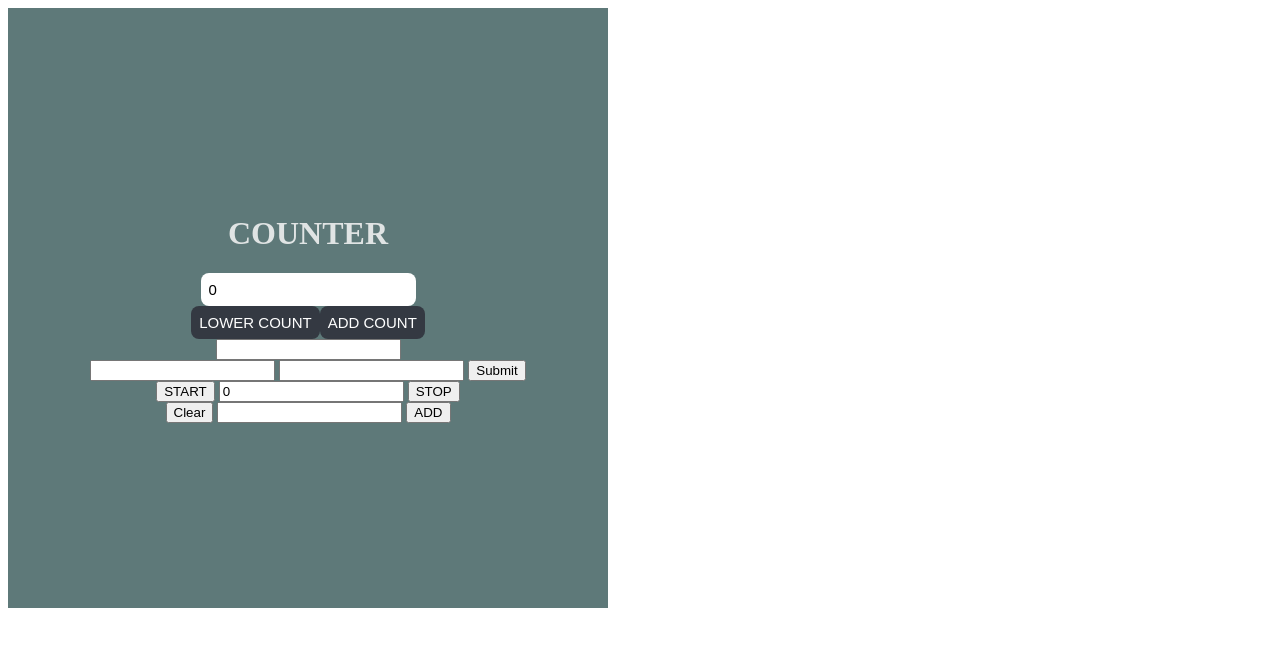
Repository: sedashahnazaryan/Caunter
Page: index.html
These files come from the project's save history. The page is drawn as it stood at one moment and after the next save; the edit follows.
The browser window is 1280 px wide. The pictures show the whole page.

Above is the page before, as saved 2022-02-15 01:29:56.

### index.html
<!DOCTYPE html>
<html lang="en">
<head>
    <meta charset="UTF-8">
    <meta http-equiv="X-UA-Compatible" content="IE=edge">
    <meta name="viewport" content="width=device-width, initial-scale=1.0">
    <title>Caunter</title>
    <link rel="stylesheet" href="./index.css">
</head>

<body>
    <div class="container">

        <h1 class="counter">COUNTER</h1>
    <input class="item1"id="input" type="text" value="0">
    <div class="btn-item">
        <button id="lower" onclick="">LOWER COUNT </button>
        <button id ="add">ADD COUNT</button>
    </div>

    <input id ="result" type="text">
    <div class="add-item">
        <input id="num1" type="text">
        <input id="num2" type="text">
        <button id="submit">Submit</button>
    </div>

    <div class="item1">
        <button id ="start">START</button>
         <input id ="interval"value=0 type="text">
          <button id ="stop">STOP</button>
    </div>
    <div class="item2">
        <button id ="adding">Clear</button>
        <input id="result-fibo" type="text">
        <button id="add-fibo">ADD</button>
    </div>
</div>

   <script src="./index.js"></script>
</body>
</html>

### index.css




.container{
  display: flex;
  height: 600px;
  width: 600px;
  justify-content: center;
  align-items: center;
  background-color: rgb(94, 121, 121);
  flex-direction: column;
}

.counter{
color: rgba(243, 243, 243, 0.87);

}



.btn-item{
    display: flex;
    justify-content: center;
}
#add,#lower {
    background-color: #343942;
    color: white;
    padding: 8px;
    border-radius: 8px;
    border: none;
    font-size: 15px;

    cursor: pointer;

}
/* #lower {
    background-color: #498AFB;
    color: white;
    padding: 8px;
    border-radius: 8px;
    border: none;
    font-size: 15px;
    cursor: pointer; */

           #input{
        background-color: #34394;
        /* color: white; */
        padding: 8px;
        border-radius: 8px;
        border: none;
        font-size: 15px;

        cursor: pointer;
    }

### index.js
let counterDisplayElem = document.getElementById('input');
let counterMinusElem = document.getElementById('lower');
let counterPlusElem = document.getElementById('add');
let result=document.getElementById('result');
let num1 =document.getElementById('num1');
let num2 =document.getElementById('num2');
let submit=document.getElementById('submit');
let number = 0;



counterPlusElem.addEventListener("click",()=>{
    counterDisplayElem.value++;
}) ;

counterMinusElem.addEventListener("click",()=>{
    counterDisplayElem.value--;
});

function curry(a){
    return function(b){
       return a+b;
    }

};
submit.addEventListener('click',()=>{
result.value=curry(+num1.value)(+num2.value);

});
function fibonacci(num){
    if(num<=1){
        return num;

    }
      return fibonacci(num-1)+fibonacci(num-2);
    //   0,1,1,2,3,5,8,13,21-8րդ թիվն է
}
document.getElementById("add-fibo").addEventListener('click',()=>{
    document.getElementById('result-fibo').value+=fibonacci(number);
    number++;


    })

    document.getElementById("adding").addEventListener("click", ()=>{
        document.getElementById("result-fibo").value = "";
        number=0;
      });

      let interval;
      function starting(){
      interval=setInterval(() => {
          document.getElementById('interval').value++;

      }, 500)};

      function off(){
        clearInterval(interval);
        document.getElementById('interval').value="";

      }
      document.getElementById('start').addEventListener('click',starting)


      document.getElementById('stop').addEventListener('click',off);

After the next save:
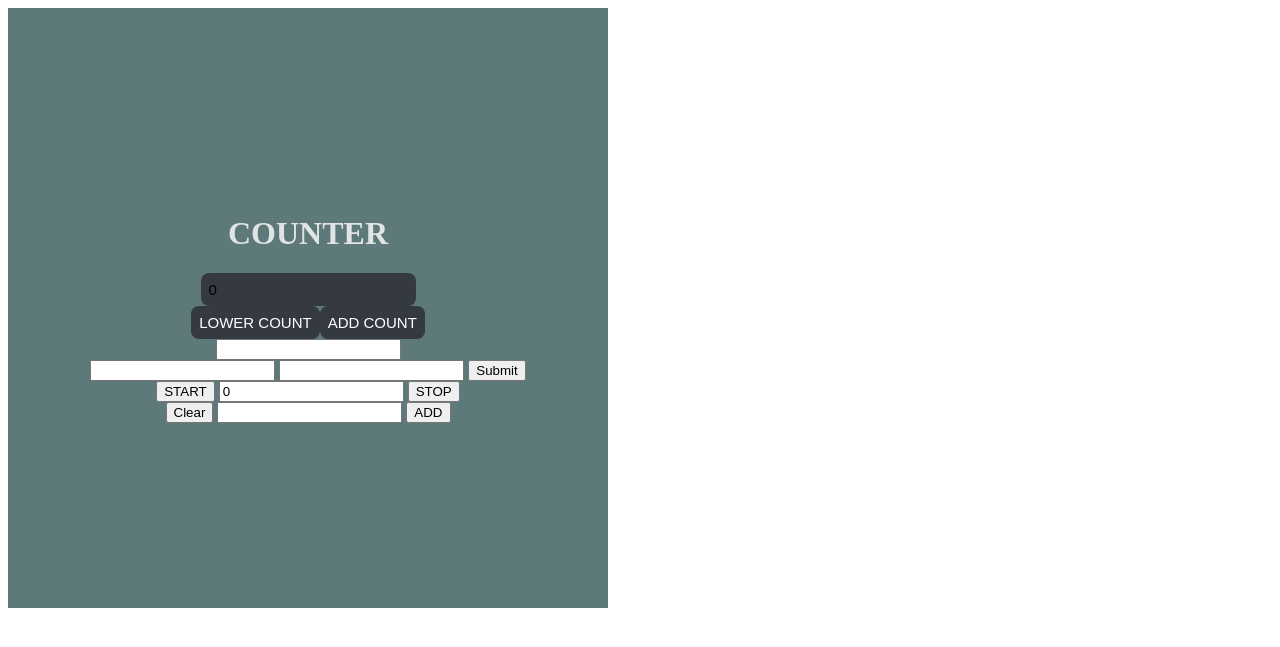
Saved 5 s later.
--- a/index.css
+++ b/index.css
@@ -44,7 +44,7 @@ color: rgba(243, 243, 243, 0.87);
     cursor: pointer; */
 
            #input{
-        background-color: #34394;
+        background-color: #343942;
         /* color: white; */
         padding: 8px;
         border-radius: 8px;
